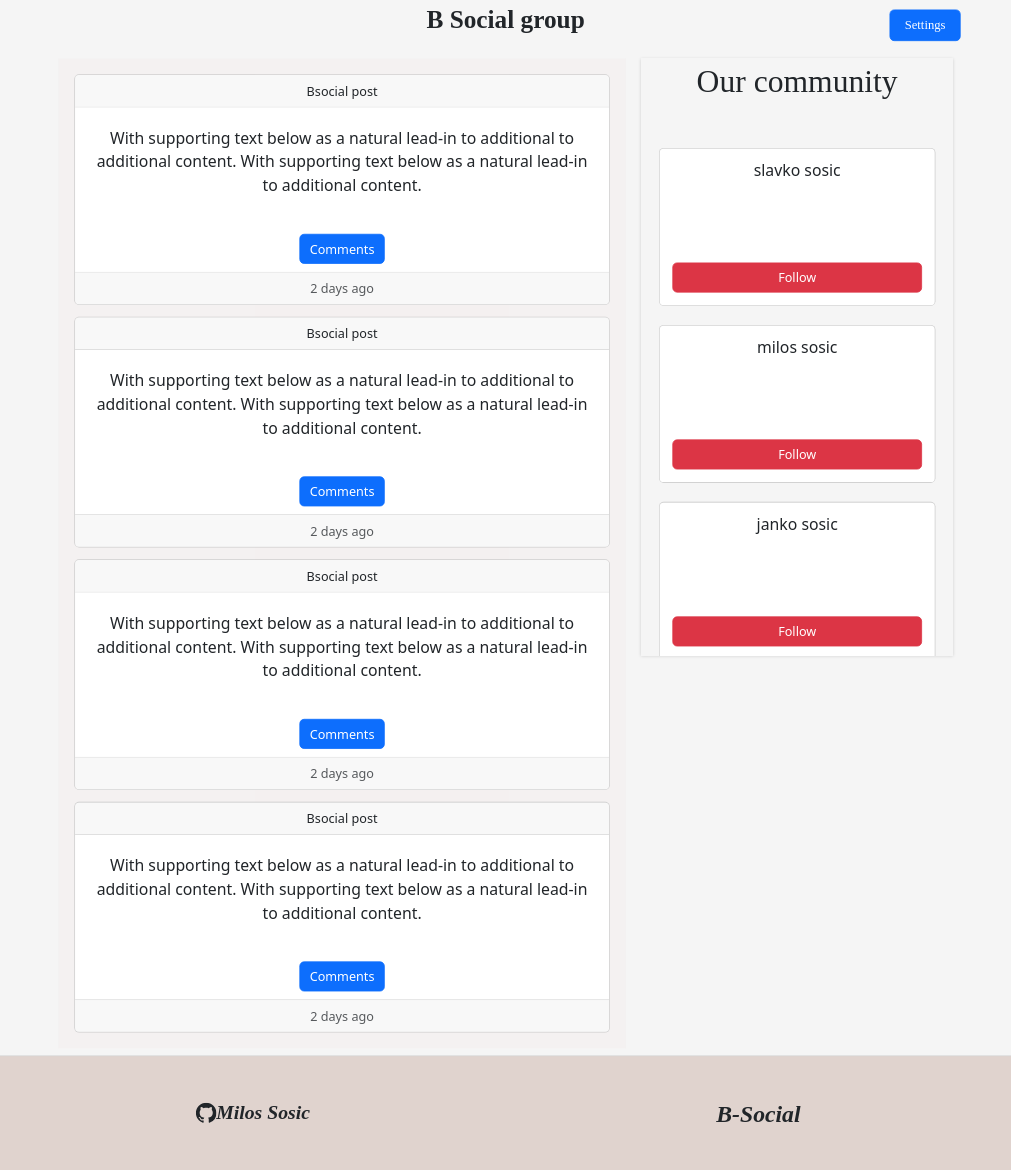
Repository: mcedo1/b-Social-app
Page: /main
These files come from the project's save history. The page is drawn as it stood at one moment and after the next save; the edit follows.
The browser window is 1280 px wide. The pictures show the whole page, at 79% of full size.
The project was rebuilt for these pictures with package versions that can differ from the ones it lists, and the page was loaded fresh each time. Also part of the build but not shown: src/components/log.reg.component/Login.js, src/components/log.reg.component/Registration.js, src/components/submain.component/Comment.js, src/components/about.us.component/NewFollowers.js, src/components/about.us.component/AboutUs.js.

Above is the page before, as saved 2024-02-03 15:58:20.

After the next save:
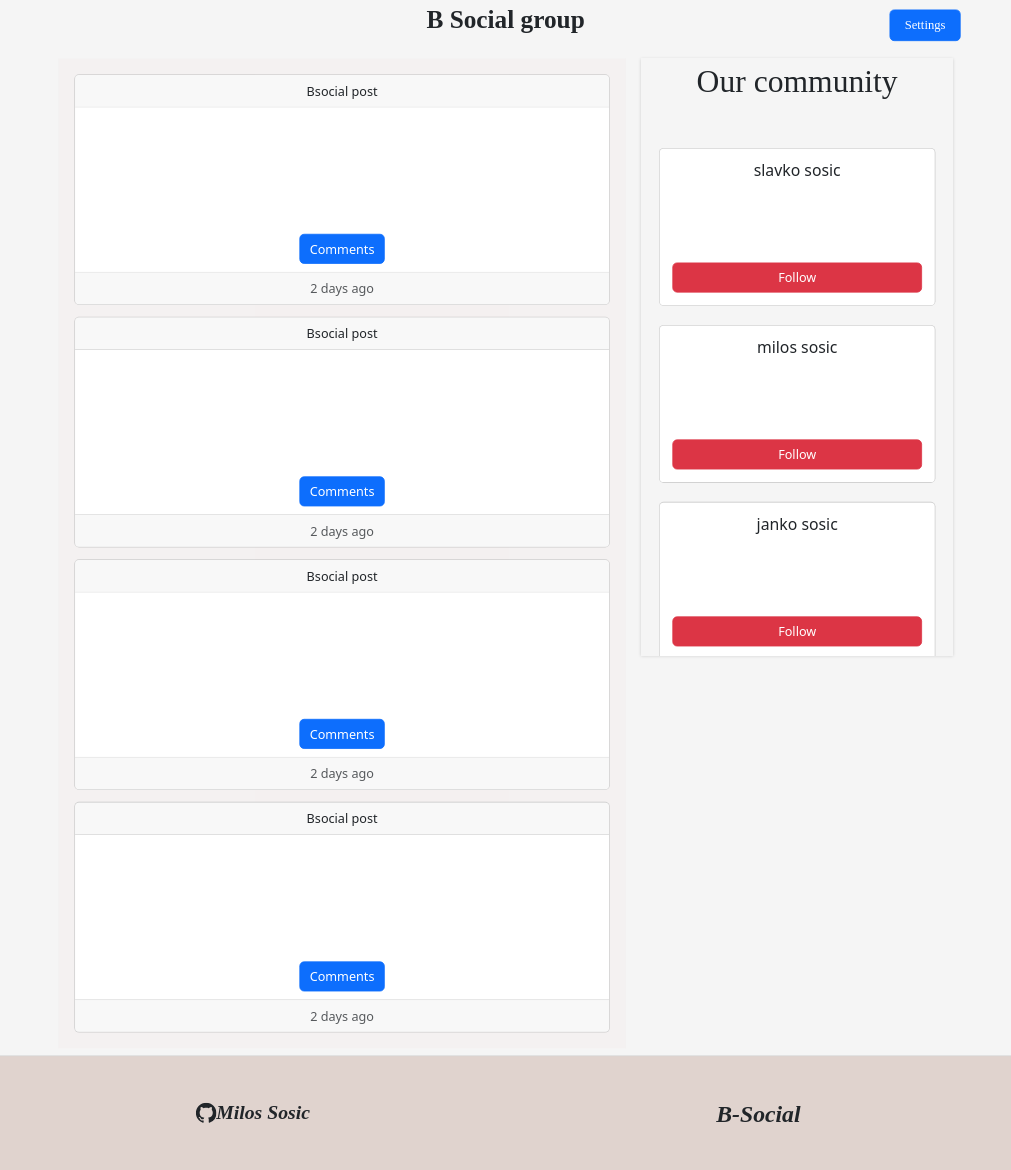
Saved 10 s later.
--- a/src/components/submain.component/Post.js
+++ b/src/components/submain.component/Post.js
@@ -9,9 +9,7 @@ function Post({postId, content, userId, timestamp, username}) {
         <div class="card-body" style={{ minHeight: "150px" }}>
           <h5 class="card-title">{username}</h5>
           <p class="card-text" className="lead">
-            With supporting text below as a natural lead-in to additional to
-            additional content. With supporting text below as a natural lead-in
-            to additional content.
+            {}
           </p>
         </div>
         <MyModal />
